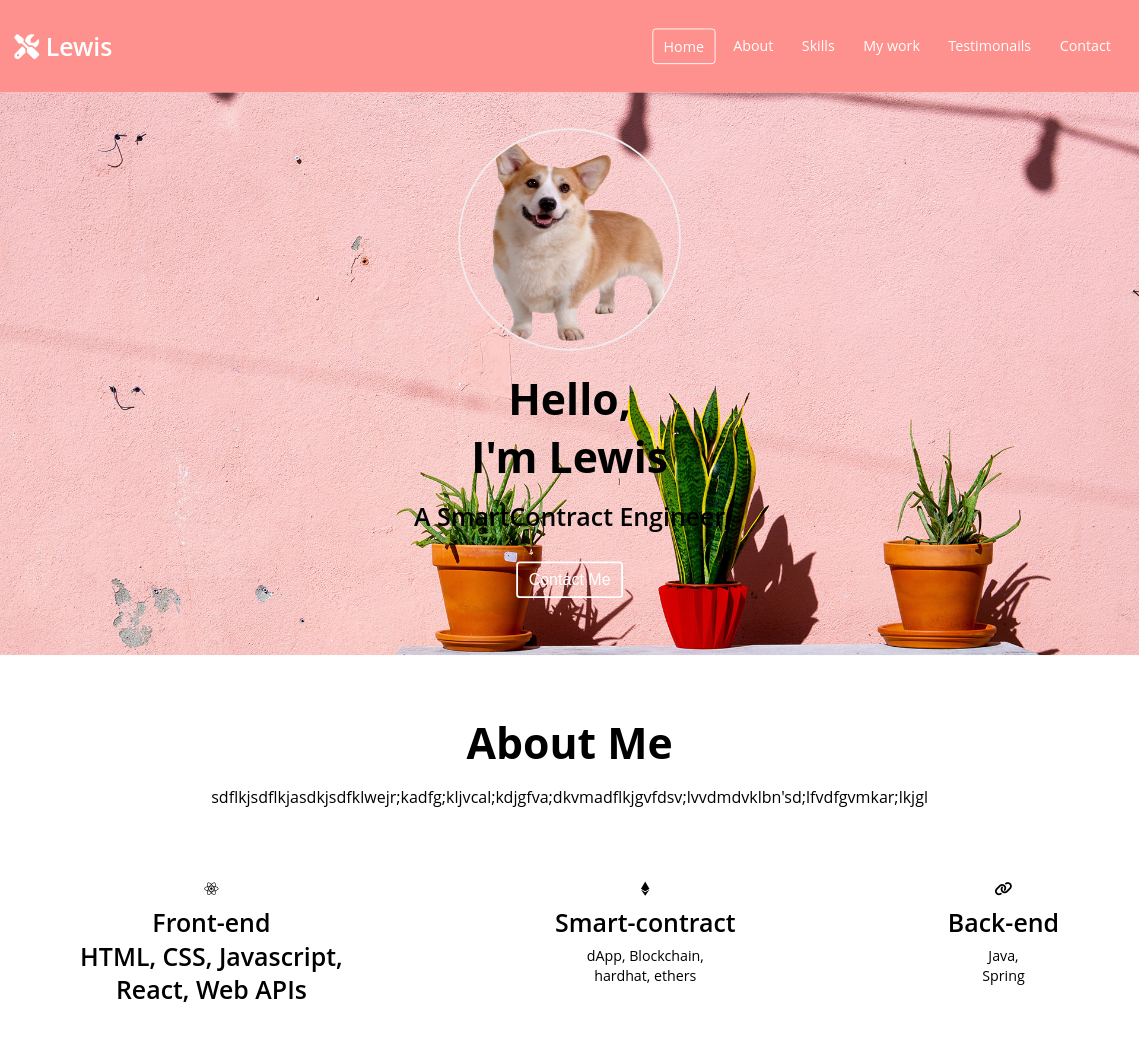
Repository: woojinShim/woojinShim.github.io
Page: index.html
An editor plug-in stored every save of this project. The page is shown before and after the next save, followed by the edit.
The browser window is 1280 px wide. The pictures show the part of the page from y = 0 to 1167 px (the page is 7194 px tall before and 7162 px after), at 89% of full size.
A picture or video elsewhere on the page could not be fetched, so the positions and the page height are approximate. Some web libraries are served in a nearby version.

Above is the page before, as saved 2022-03-08 19:05:19.

After the next save:
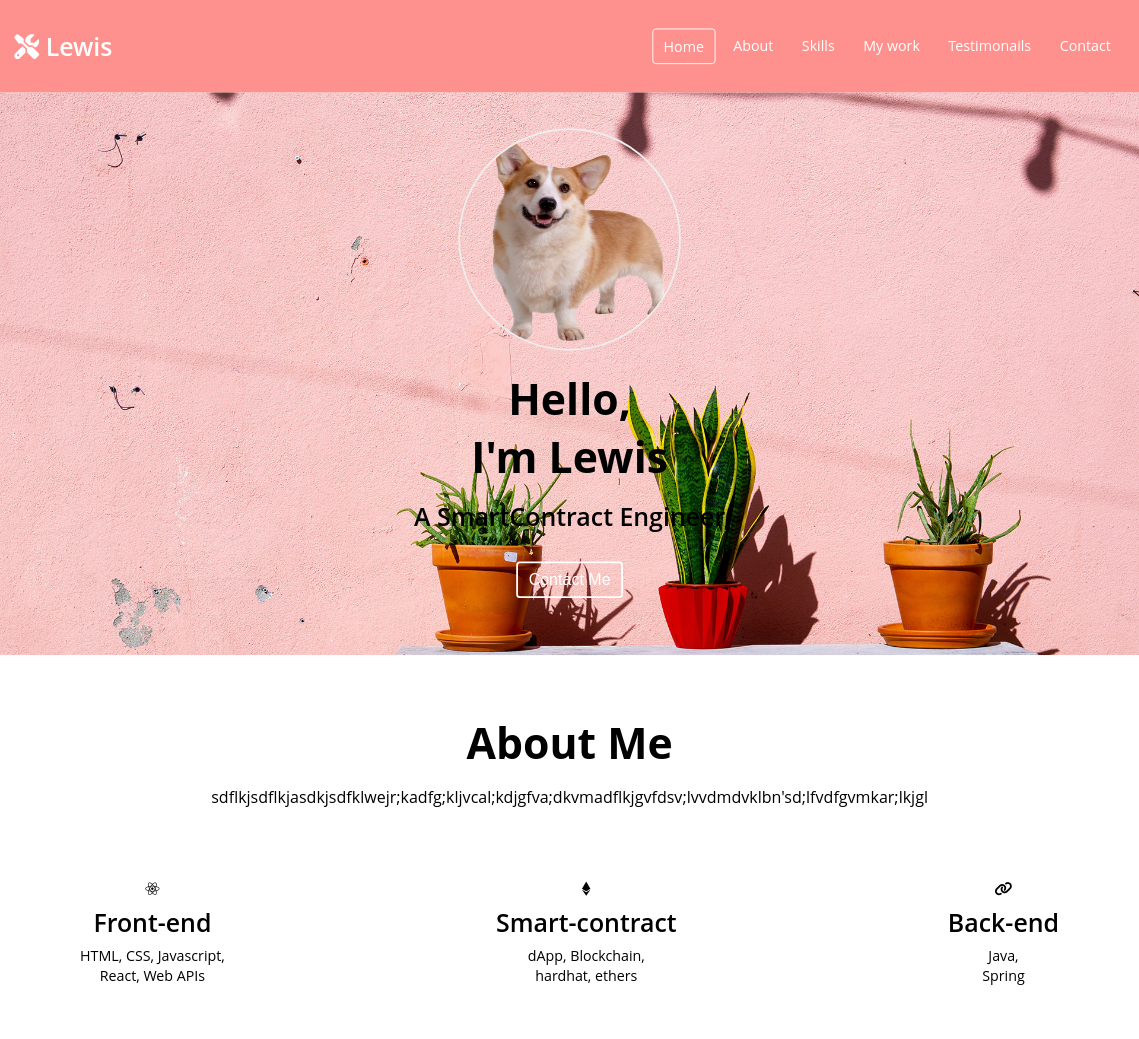
Saved 15 s later.
--- a/index.html
+++ b/index.html
@@ -46,7 +46,7 @@
         <div class="about__majors">
             <div class="major">
                 <div class="major__icon"><i class="fab fa-react"></i></div>
-                <h2 class="major__title">Front-end</>
+                <h2 class="major__title">Front-end</h2>
                 <div class="major__description">HTML, CSS, Javascript,
                     <br /> React, Web APIs
                 </div>
